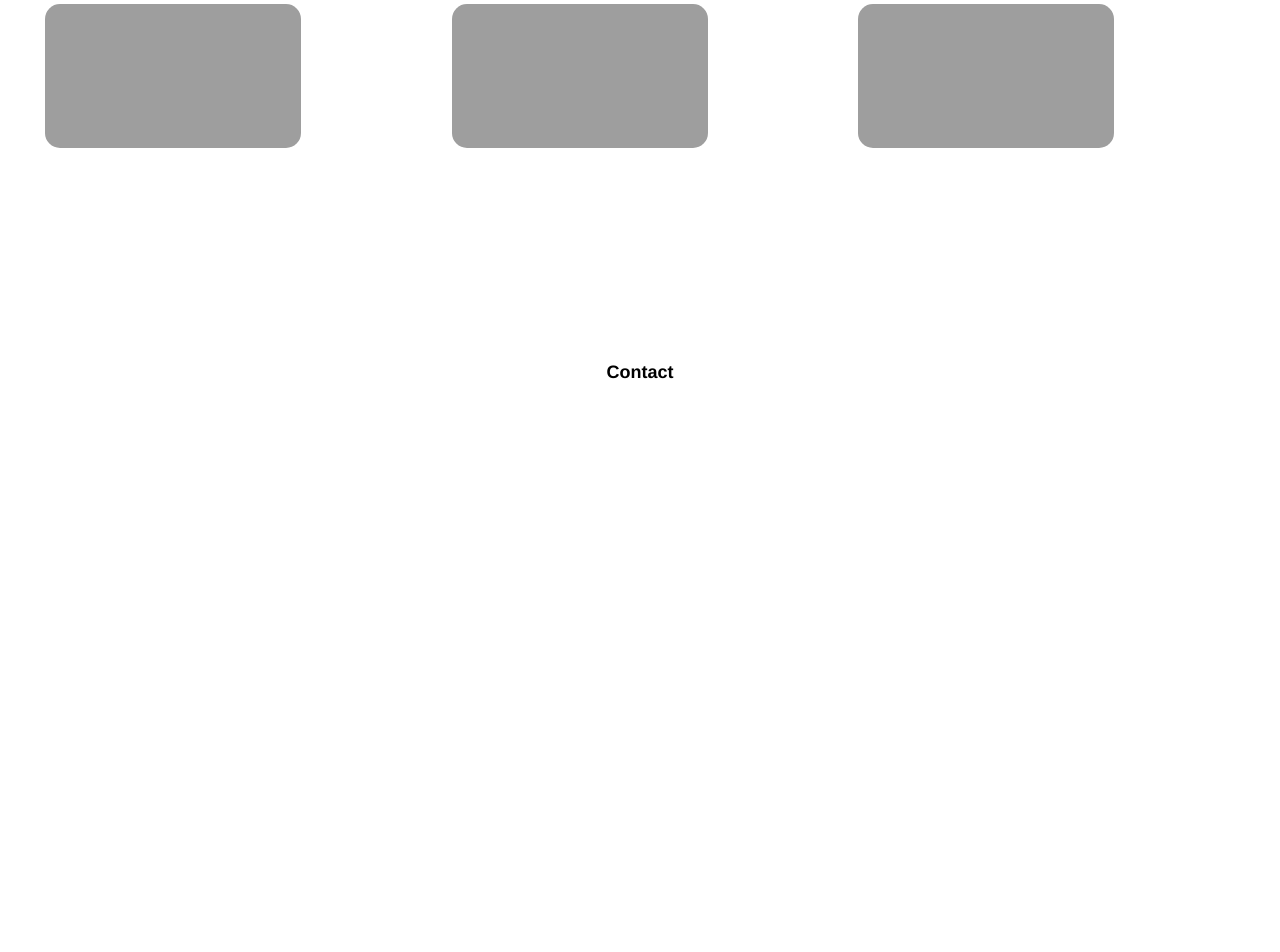
Repository: tommygoverstreet/tntlogisticsllc
Page: index.html
An editor plug-in stored every save of this project. The page is shown before and after a run of saves, followed by the edit.
The browser window is 1280 px wide. The pictures show the part of the page from y = 2374 to 3326 px (the page is 3647 px tall).
Pictures or frames that could not be fetched are drawn as grey boxes. Backgrounds fixed to the window are drawn as part of the page. Some web fonts or font styles are not loaded; a fallback is used.

Above is the page before, as saved 2022-04-18 22:54:22.

### index.html
<!doctype html>
<html lang="en">

      <head>
            <meta charset="utf-8">
            <meta name="viewport"
                  content="width=device-width, initial-scale=1.0">
            <meta http-equiv="X-UA-Compatible"
                  content="ie=edge">
            <meta name='description'
                  content='Hauling and transportation services'>
            <meta name='keywords'
                  content='transportation, tnt, logistics, oklahoma, Tony Walker, RV, truck, motorcycle, hauling, towing, moving'>
            <meta name='author'
                  content='Tommy Overstreet'>
            <title>TNT Logistics llc</title>

            <link rel="stylesheet"
                  href="./style/main.css" />
            <link rel="stylesheet"
                  href="./style/id.css" />
            <link rel="stylesheet"
                  href="./style/class.css" />

      </head>

      <body>
            <nav>
                  <div class="navbar">
                        <div class="container nav-container">
                              <input class="checkbox"
                                     type="checkbox"
                                     name=""
                                     id="" />
                              <div class="hamburger-lines">
                                    <span class="line line1"></span>
                                    <span class="line line2"></span>
                                    <span class="line line3"></span>
                              </div>
                              <div class="logo">
                                    <img class='logo'
                                         src='./assets/logo-blue.jpg'
                                         alt='TNT Logistics llc'></img>
                              </div>
                              <div class="menu-items">
                                    <li><a href="#">HOME</a></li>
                                    <li><a href="#">ABOUT</a></li>
                                    <li><a href="#">SERVICES</a></li>
                                    <li><a href="#">GALLERY</a></li>
                                    <li><a href="#">CONTACT</a></li>
                              </div>
                        </div>
                  </div>
            </nav>

            <div class='hero'>
                  <div class='headline'>
                        <h1 class='title'>TNT Logistics llc</h1>
                        <h4 class='purpose'>Here for your transportation needs</h4>
                  </div>
            </div>
            <div class='subscribe'>
                  <div class='load'>
                        <p>Book a load</p>
                  </div>
                  <div class='subscribe-container'>
                        <label>Email<input type='email'></imput></label>
                        <button type='submit'>Submit</button>
                  </div>
            </div>


            <div class='about section-B'>

                  <div class='section-header'>
                        <h2 class='sub-heading'>About</h2>
                  </div>

                  <div class='card-container'>

                        <div class='img-container'>
                              <img class='section-img'
                                   src='./assets/white-black-rv.jpg'
                                   alt="about-img">
                        </div>
                        <div class='section-info'>
                              <p>Established: </p>
                              <p>Owner: Tony Walker </p>
                        </div>

                  </div>

            </div>

            <div class='services section-A'>
                  <h2 class='sub-heading'>Services</h2>
            </div>

            <div class='gallery section-B'>
                  <h2 class='sub-heading'>Gallery</h2>

                  <div class='gallery-container'>

                        <img class='gallery-img'
                             src='https://images.unsplash.com/photo-1594480355356-8b9833059231?ixlib=rb-1.2.1&ixid=MnwxMjA3fDB8MHxwaG90by1wYWdlfHx8fGVufDB8fHx8&auto=format&fit=crop&w=774&q=80'
                             alt=''>
                        <img class='gallery-img'
                             src='https://images.unsplash.com/photo-1594480355356-8b9833059231?ixlib=rb-1.2.1&ixid=MnwxMjA3fDB8MHxwaG90by1wYWdlfHx8fGVufDB8fHx8&auto=format&fit=crop&w=774&q=80'
                             alt=''>
                        <img class='gallery-img'
                             src='https://images.unsplash.com/photo-1594480355356-8b9833059231?ixlib=rb-1.2.1&ixid=MnwxMjA3fDB8MHxwaG90by1wYWdlfHx8fGVufDB8fHx8&auto=format&fit=crop&w=774&q=80'
                             alt=''>
                        <img class='gallery-img'
                             src='https://images.unsplash.com/photo-1594480355356-8b9833059231?ixlib=rb-1.2.1&ixid=MnwxMjA3fDB8MHxwaG90by1wYWdlfHx8fGVufDB8fHx8&auto=format&fit=crop&w=774&q=80'
                             alt=''>
                        <img class='gallery-img'
                             src='https://images.unsplash.com/photo-1594480355356-8b9833059231?ixlib=rb-1.2.1&ixid=MnwxMjA3fDB8MHxwaG90by1wYWdlfHx8fGVufDB8fHx8&auto=format&fit=crop&w=774&q=80'
                             alt=''>
                        <img class='gallery-img'
                             src='https://images.unsplash.com/photo-1594480355356-8b9833059231?ixlib=rb-1.2.1&ixid=MnwxMjA3fDB8MHxwaG90by1wYWdlfHx8fGVufDB8fHx8&auto=format&fit=crop&w=774&q=80'
                             alt=''>
                        <img class='gallery-img'
                             src='https://images.unsplash.com/photo-1594480355356-8b9833059231?ixlib=rb-1.2.1&ixid=MnwxMjA3fDB8MHxwaG90by1wYWdlfHx8fGVufDB8fHx8&auto=format&fit=crop&w=774&q=80'
                             alt=''>
                        <img class='gallery-img'
                             src='https://images.unsplash.com/photo-1594480355356-8b9833059231?ixlib=rb-1.2.1&ixid=MnwxMjA3fDB8MHxwaG90by1wYWdlfHx8fGVufDB8fHx8&auto=format&fit=crop&w=774&q=80'
                             alt=''>
                        <img class='gallery-img'
                             src='https://images.unsplash.com/photo-1594480355356-8b9833059231?ixlib=rb-1.2.1&ixid=MnwxMjA3fDB8MHxwaG90by1wYWdlfHx8fGVufDB8fHx8&auto=format&fit=crop&w=774&q=80'
                             alt=''>
                  </div>
            </div>

            <div class='contact section-A'>
                  <h2 class='sub-heading'>Contact</h2>
            </div>

            <div class='footer'>
                  <p> Copyright TNT Logistics llc 2022</p>
            </div>

      </body>

</html>

### style/main.css
@import url("https://fonts.googleapis.com/css2?family=Bebas+Neue&family=Square+Peg&display=swap");

:root {
 --secondary:
 --main: rgb(227, 228, 230);
 --light: rgb(145, 148, 153);
 --dark: #1D2731;
 --full-width: 100vw;
 --half-width: 50vw;
 --thirds-width: 33%;
 --fourths-width: 20%;
}

* {
 box-sizing: border-box;
 margin: 0;
 padding: 0;
}

body {
 font-family: Bebas Neus, helvetica, arial, sans-serif;
 font-size: 12px;
 min-width: 450px;
 width: 100vw;
}

### style/class.css
.container {
 width: var(--full-width);
 height: 10vh;
 margin: auto;
}

/*-- Navigation --*/
.navbar {
 width: var(--full-width);
 background: var(--dark);
 position: fixed;
}

/*-- Navigation Container --*/
.nav-container {
 display: flex;
 justify-content: space-between;
 align-items: center;
 height: 8vh;
 background-color: var(--main);
 color: var(--secondary);
}

/*-- Visible Heading --*/
.navbar .menu-items {
 display: flex;
}

/*-- List Items Hidden --*/
.navbar .nav-container li {
 list-style: none;
}

/*-- Nav Container Hidden --*/
.navbar .nav-container a {
 text-decoration: none;
 color: var(--secondary);
 font-weight: 500;
 font-size: 1.2rem;
 padding: 0.7rem;
}

/*-- Nav Links Hover --*/
.navbar .nav-container a:hover {
 font-weight: 600;
}

/*-- Navigation Container --*/
.nav-container {
 display: block;
 position: relative;
 height: 10vh;
}

/*-- Checkbox Container --*/
.nav-container .checkbox {
 position: absolute;
 display: block;
 height: 22px;
 width: 22px;
 top: 15px;
 left: 10px;
 z-index: 99;
 opacity: 0;
 cursor: pointer;
}

/*-- Hanburger Lines --*/
.nav-container .hamburger-lines {
 display: block;
 height: 22px;
 width: 22px;
 position: absolute;
 top: 17px;
 left: 20px;
 z-index: 2;
 display: flex;
 flex-direction: column;
 justify-content: space-between;
}

/*-- Individual Hamburger Lines --*/
.nav-container .hamburger-lines .line {
 display: block;
 height: 4px;
 width: 100%;
 border-radius: 10px;
 color: var(--main);
 background-color: var(--secondary);
}

/*-- Hamburger Line 1 --*/
.nav-container .hamburger-lines .line1 {
 transform-origin: 0% 0%;
 transition: transform 0.4s ease-in-out;
}

/*-- Hamburger Line 2 --*/
.nav-container .hamburger-lines .line2 {
 transition: transform 0.2s ease-in-out;
}

/*-- Hamburger Line 3 --*/
.nav-container .hamburger-lines .line3 {
 transform-origin: 0% 100%;
 transition: transform 0.4s ease-in-out;
}

/*-- Menu Items --*/
.navbar .menu-items {
 padding-top: 100px;
 height: 100vh;
 width: 100vw;
 background-color: var(--main);
 color: var(--secondary);
 transform: translate(-150%);
 display: flex;
 flex-direction: column;
 transition: transform 0.5s ease-in-out;
 text-align: center;
}

/*-- Menu List Items --*/
.navbar .menu-items li {
 margin-bottom: 1.2rem;
 font-size: 1.5rem;
 font-weight: 600;
}


/*-- Logo Floated Right --*/
.logo {
 position: absolute;
 width: 25vw;
 height: 6vh;
 top: 5px;
 right: 2vw;
 font-size: 1.0rem;
 background-color: transparent;
 color: var(--secondary);
 border-radius: 15px;
}

/*-- Hamburger Lines Checked Status --*/
.nav-container input[type="checkbox"]:checked~.menu-items {
 transform: translateX(0);
}

/*-- Hamburger Line 1 Status Checked --*/
.nav-container input[type="checkbox"]:checked~.hamburger-lines .line1 {
 transform: rotate(45deg);
}

/*-- Hamburger Line 2 Status Checked --*/
.nav-container input[type="checkbox"]:checked~.hamburger-lines .line2 {
 transform: scaleY(0);
}

/*-- Hamburger Line 3 Status Checked --*/
.nav-container input[type="checkbox"]:checked~.hamburger-lines .line3 {
 transform: rotate(-45deg);
}

/*-- Nav Container Logo Status Checked --*/
.nav-container input[type="checkbox"]:checked~.logo {
 display: none;
}

/*-- Parallax Background Image --*/
.hero {
 width: 100vw;
 min-height: 500px;
 background-image: linear-gradient(rgba(0, 0, 0, 0.3), rgba(0, 0, 0, 0.3)),
  url("../assets/business-card.jpg");
 background-repeat: no-repeat;
 background-size: cover;
 background-attachment: fixed;
 background-position: center;

 z-index: -1;
}

/*-- Title Over Hero Image --*/
.headline {
 width: 100vw;
 height: 25vh;
 padding: 22% 30%;
 display: block;
 color: var(--secondary);
 text-shadow: 5px 10px 15px var(--main);
 font-size: 2em;
}

/*-- Subscribe Email Container --*/
.subscribe {
 color: var(--secondary);
 background-color: var(--main);
 width: 100vw;
 height: 10vh;
 font-size: 1.7em;
 box-shadow: 20px var(--main) 15px 0.7;
 padding: 0 15%;
 display: grid;
 grid-template-columns: 1fr 1fr;
}

/*-- Sections with Dark Background --*/
.section-A {
 width: 100vw;
 height: 100vh;
 background-color: var(--main);
 color: var(--secondary);
}

/*-- Sections with Light Background --*/
.section-B {
 width: 100vw;
 height;
 100vh;
 background-color: var(--secondary);
 color: var(--main);
}

/*-- Section Labels --*/
.sub-heading {
 text-align: center;
 padding: 25px;
}

/*-- About Section Info --*/
.section-info {
 display: block;
 margin: 25px;
}

/*-- About Section Image --*/
.section-img {
 width: 50vw;
 height: 80%;
 border-radius: 10px;
}

/*-- Services Section Container --*/
.card-container {
 display: grid;
 grid-template-columns: 1fr 1fr;
 padding: 25px;
}

/*-- Gallery Section Image Container --*/
.gallery-container {
 padding: 30px;
 display: grid;
 grid-template-columns: 1fr 1fr 1fr;
 grid-template-rows: 1fr 1fr 1fr 1fr;
 grid-gap: 15px;
 margin-left: 15px;
}

/*-- Gallery Section Images --*/
.gallery-img {
 width: 20vw;
 height: 20vh;
 border-radius: 15px;
}

/*-- Contact Section Container --*/
.contact {}

/*-- Footer Section Container --*/
.footer {
 height: 30vh;
 width: 100vw;
 background-color: var(--secondary);
 color: var(--main);
}

/*-- Footer Section Text --*/
.footer p {
 padding: 25vh 0 0 0;
 text-align: center;
}

Loaded but not shown: style/id.css (empty)

After the next 3 saves:
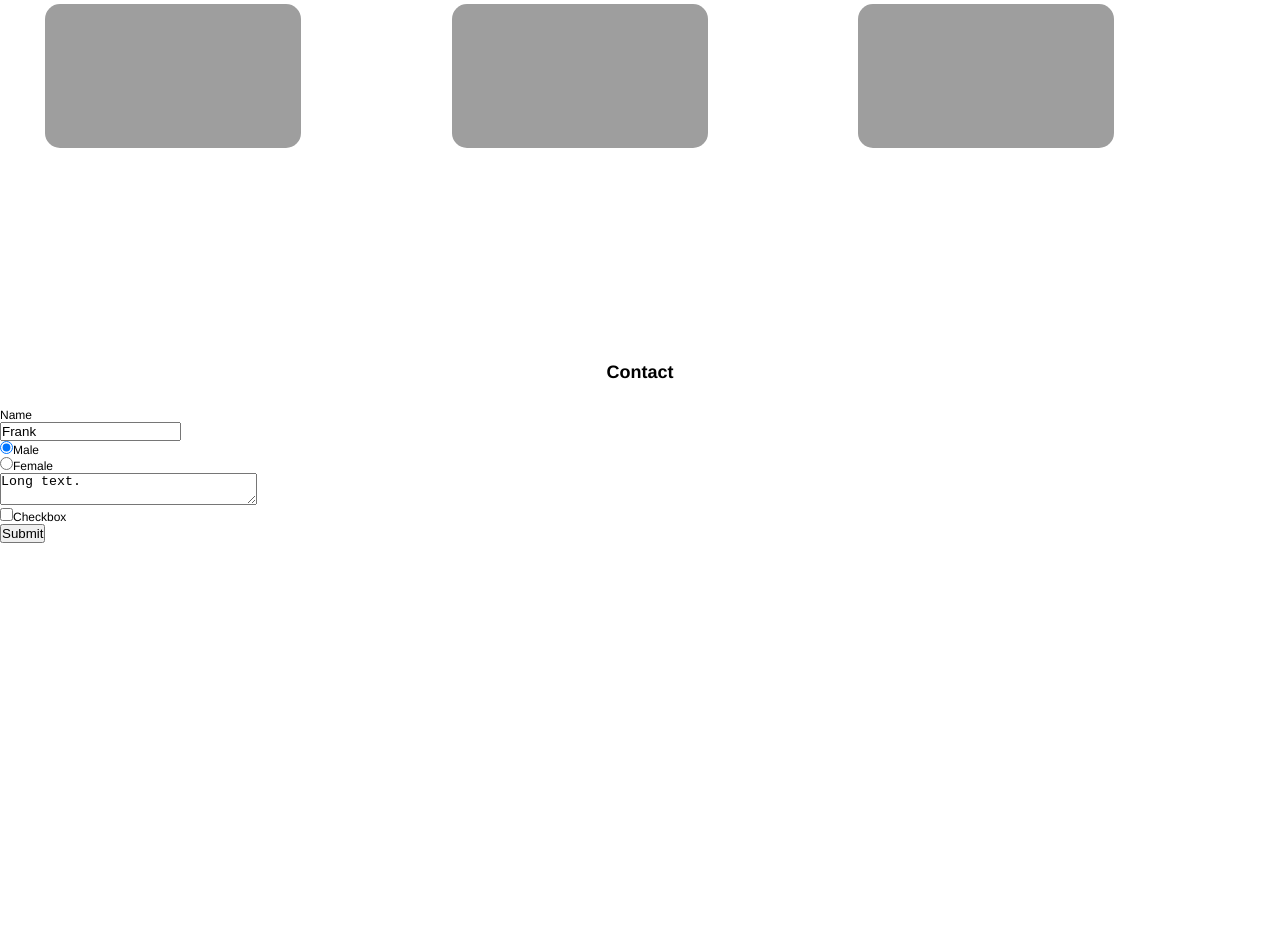
The 3 saves are shown as one change because they came seconds apart.
The last was saved 19 s later.
--- a/index.html
+++ b/index.html
@@ -133,6 +133,22 @@
 
             <div class='contact section-A'>
                   <h2 class='sub-heading'>Contact</h2>
+                  <form accept-charset="UTF-8"
+                        action="action_page.php"
+                        autocomplete="off"
+                        method="GET"
+                        target="_blank"><label for="name">Name</label><br /><input name="name"
+                               type="text"
+                               value="Frank" /><br /><input checked="checked"
+                               name="sex"
+                               type="radio"
+                               value="male" />Male <br /><input name="sex"
+                               type="radio"
+                               value="female" />Female <br /><textarea cols="30"
+                                  rows="2">Long text.</textarea><br /><input name="democheckbox"
+                               type="checkbox"
+                               value="1" />Checkbox<br /><button type="submit"
+                                value="Submit">Submit</button></form>
             </div>
 
             <div class='footer'>
